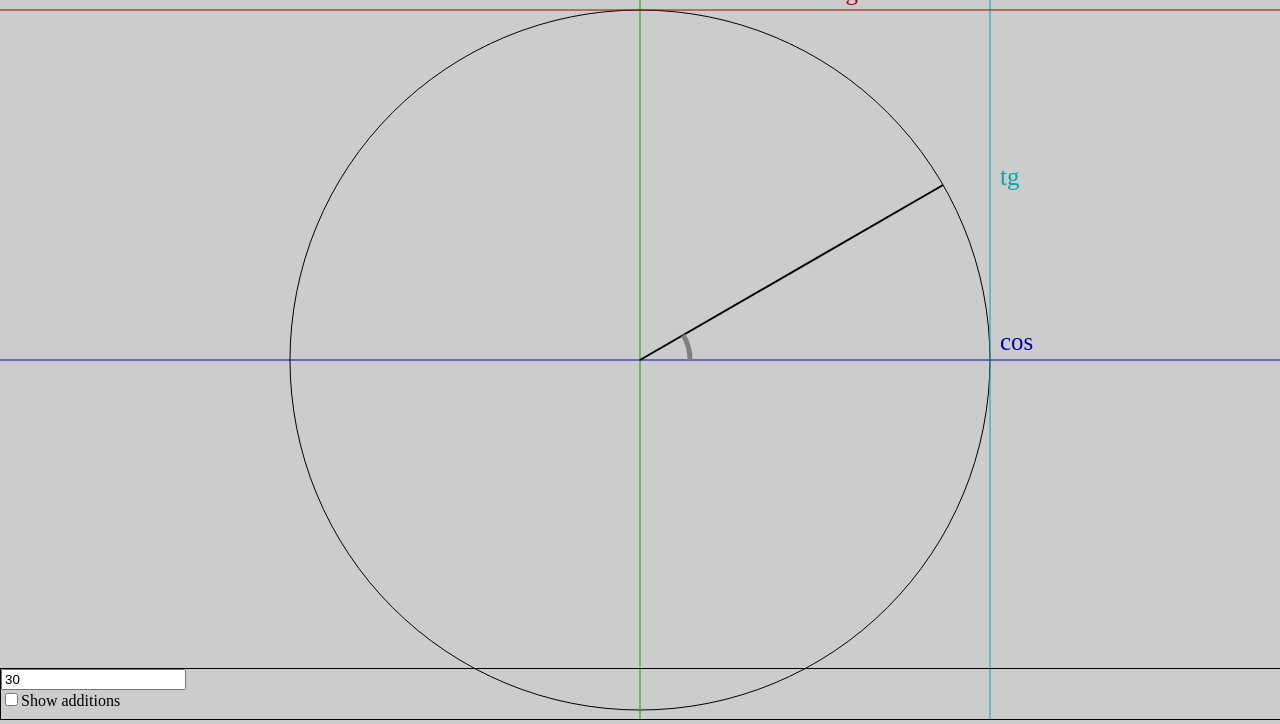
Repository: BraynStorm/braynstorm.github.io
Page: JSDrawing/index.html
These files come from the project's save history. The page is drawn as it stood at one moment and after the next save; the edit follows.
The browser window is 1280 px wide. The pictures show the whole page.

Above is the page before, as saved 2015-02-24 20:07:59.

### JSDrawing/index.html
<!DOCTYPE html>
<html>
	<head>
		<meta charset="UTF-8">
		<title>Insert title here</title>
		<link rel="stylesheet" type="text/css" href="main.css"/>
		<script type="text/javascript" src="js/jquery-2.1.3.min.js"></script>
		<script type="text/javascript" src="js/swgDrawing.js"></script>

	</head>
	<body>
		<div id="content">
			<svg width="100%" height="100%">
				<circle id="mainCircle" fill="none" stroke="black" />
				<line stroke-width="1" id="sinAxis" />
				<line stroke-width="1" id="cosAxis" />

				<line stroke-width="1" id="tgAxis" />
				<line stroke-width="1" id="cotgAxis" />

				<text id="cosTxt" style="font-size:25px;">cos</text>
				<text id="sinTxt" style="font-size:25px;">sin</text>
				<text id="tgTxt" style="font-size:25px;">tg</text>
				<text id="cotgTxt" style="font-size:25px;">cotg</text>


				<!--  THE ANGLE -->

				<line id="angleArm" style="stroke:rgb(0,0,0);stroke-width:2;" />
				<path id="angleArc" stroke="grey" stroke-width="5" fill="none"/>
			</svg>
			<div id="menu">
				<input type="text" value="30" id="angleBox" />
				<div id="showAdditionsBox"><input id="showAdditions" type="checkbox" />Show additions</div>
			</div>
		</div>
	</body>
</html>

### JSDrawing/main.css
@CHARSET "UTF-8";

body{
	background-color: #CCC;
	padding: 0;
	margin: 0;
	overflow: hidden;
}

svg{
	margin-top: 0px;
}


#menu{
	position: fixed;
	bottom: 0px;
	left:0px;

	height: 50px;
	width : 100%;
	border : 1px solid black;
}

### JSDrawing/js/swgDrawing.js
$(document).ready(function (){
	var box			= $("#angleBox");
	var beginX		= window.innerWidth/2;
	var beginY		= window.innerHeight/2;


	var sinColor = "#00AA00";
	var cosColor = "#0000AA";
	var tgColor = "#00AAAA";
	var cotgColor = "#AA0000";

	var radius		= 350;

	var svg			= $('svg');



	var circle		= $('#mainCircle');
	var showAdditions = $("#showAdditions");

	var sinAxis 	= $("#sinAxis");
	var cosAxis		= $("#cosAxis");
	var tgAxis		= $("#tgAxis");
	var cotgAxis	= $("#cotgAxis");

	var sinTxt 		= $("#sinTxt");
	var cosTxt		= $("#cosTxt");
	var tgTxt		= $("#tgTxt");
	var cotgTxt		= $("#cotgTxt");



	var angleArm	= $("#angleArm");
	var angleArc	= $("#angleArc");

	init();

	function init(){

		svg.css({
			width:  window.innerWidth,
			height: window.innerHeight
		});

		circle.attr({
			cx : beginX,
			cy : beginY,
			r : radius
		});

		sinAxis.attr({
			x1: beginX,
			y1: 0,
			x2: beginX,
			y2: window.innerHeight,
			stroke: sinColor
		});


		cosAxis.attr({
			x1: 0,
			y1: beginY,
			x2: window.innerWidth,
			y2: beginY,
			stroke: cosColor
		});


		tgAxis.attr({
			x1: beginX + radius,
			y1: 0,
			x2: beginX + radius,
			y2: window.innerHeight,
			stroke: tgColor
		});

		cotgAxis.attr({
			x1: 0,
			y1: beginY - radius,
			x2: window.innerWidth,
			y2: beginY - radius,
			stroke: cotgColor
		});

		angleArm.attr({
			x1: beginX,
			y1: beginY
		});

		sinTxt.attr({
			x: beginX + 10,
			y: beginY - radius - 10,
			fill: sinColor
		});

		cosTxt.attr({
			x: beginX + radius + 10,
			y: beginY - 10,
			fill: cosColor
		})

		tgTxt.attr({
			x: beginX + radius + 10,
			y: beginY - (radius/2),
			fill: tgColor
		});

		cotgTxt.attr({
			x: beginX + (radius / 2),
			y : beginY - radius - 10,
			fill: cotgColor
		});


		showAdditions.click(function (){
			if(showAdditions.is(":checked")){
				// Show sin/cos lines
			}else{
				// Hide them.
			}
		});
	}

	var angle = 0;


	var animator;





	animateAngle();

	function animateAngle(){
		var toAngle = parseInt(box.val());

		if(angle-toAngle > 0){
			angle -= 1;
		}else if (angle-toAngle < 0){
			angle += 1;
		}

		var radians = angle * (Math.PI / 180);

		x = beginX + (Math.cos(radians) * radius);


		y = beginY - (Math.sin(radians) * radius);


		angleArm.attr("x2", x);
		angleArm.attr("y2", y);

		angleArc.attr("d", describeArc(beginX, beginY, 50, 90-angle, 90));


		animator = setTimeout(animateAngle, 15);
	}

	function describeArc(x, y, radius, startAngle, endAngle){

	    var start = polarToCartesian(x, y, radius, endAngle);
	    var end = polarToCartesian(x, y, radius, startAngle);

	    var arcSweep = endAngle - startAngle <= 180 ? "0" : "1";

	    var d = [
	        "M", start.x, start.y,
	        "A", radius, radius, 0, arcSweep, 0, end.x, end.y
	    ].join(" ");

	    return d;
	}
	function polarToCartesian(centerX, centerY, radius, angleInDegrees) {
		  var angleInRadians = (angleInDegrees-90) * Math.PI / 180.0;

		  return {
		    x: centerX + (radius * Math.cos(angleInRadians)),
		    y: centerY + (radius * Math.sin(angleInRadians))
		  };
		}

});

Loaded but not shown: JSDrawing/js/jquery-2.1.3.min.js (library)

After the next save:
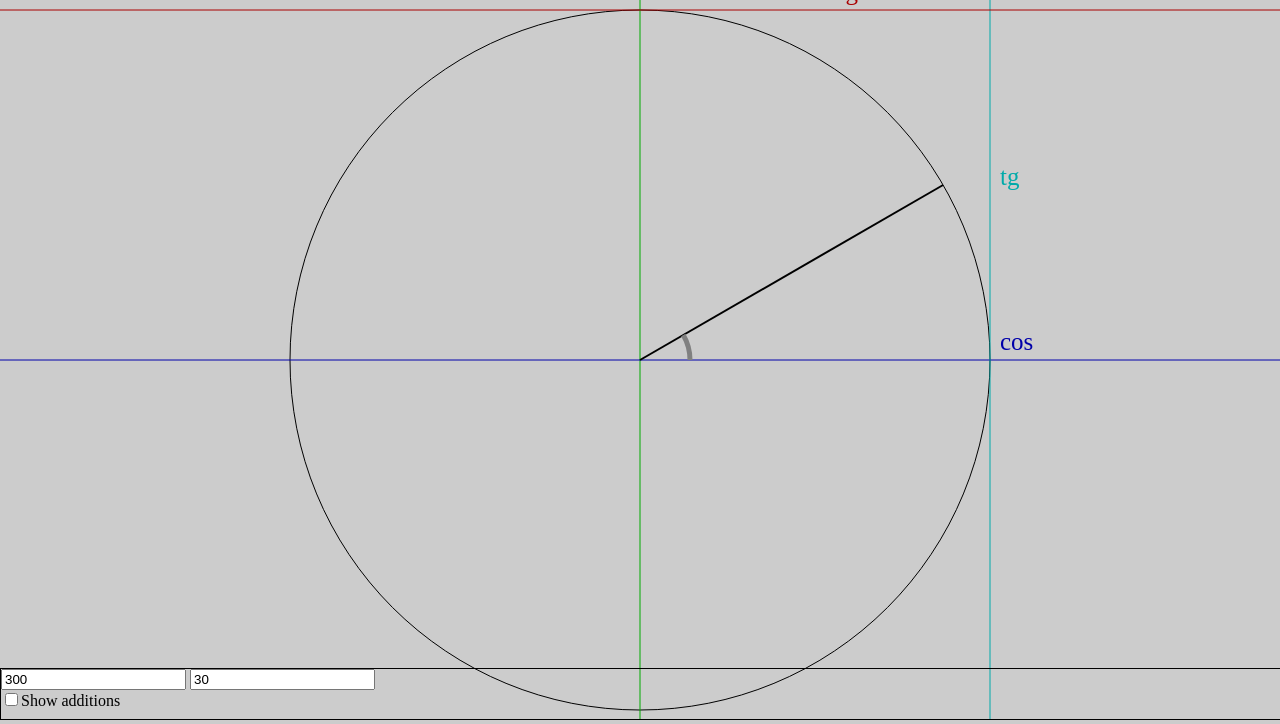
Saved 91 s later.
--- a/JSDrawing/index.html
+++ b/JSDrawing/index.html
@@ -30,6 +30,7 @@
 				<path id="angleArc" stroke="grey" stroke-width="5" fill="none"/>
 			</svg>
 			<div id="menu">
+				<input type="text" value="300" id="radius" />
 				<input type="text" value="30" id="angleBox" />
 				<div id="showAdditionsBox"><input id="showAdditions" type="checkbox" />Show additions</div>
 			</div>
